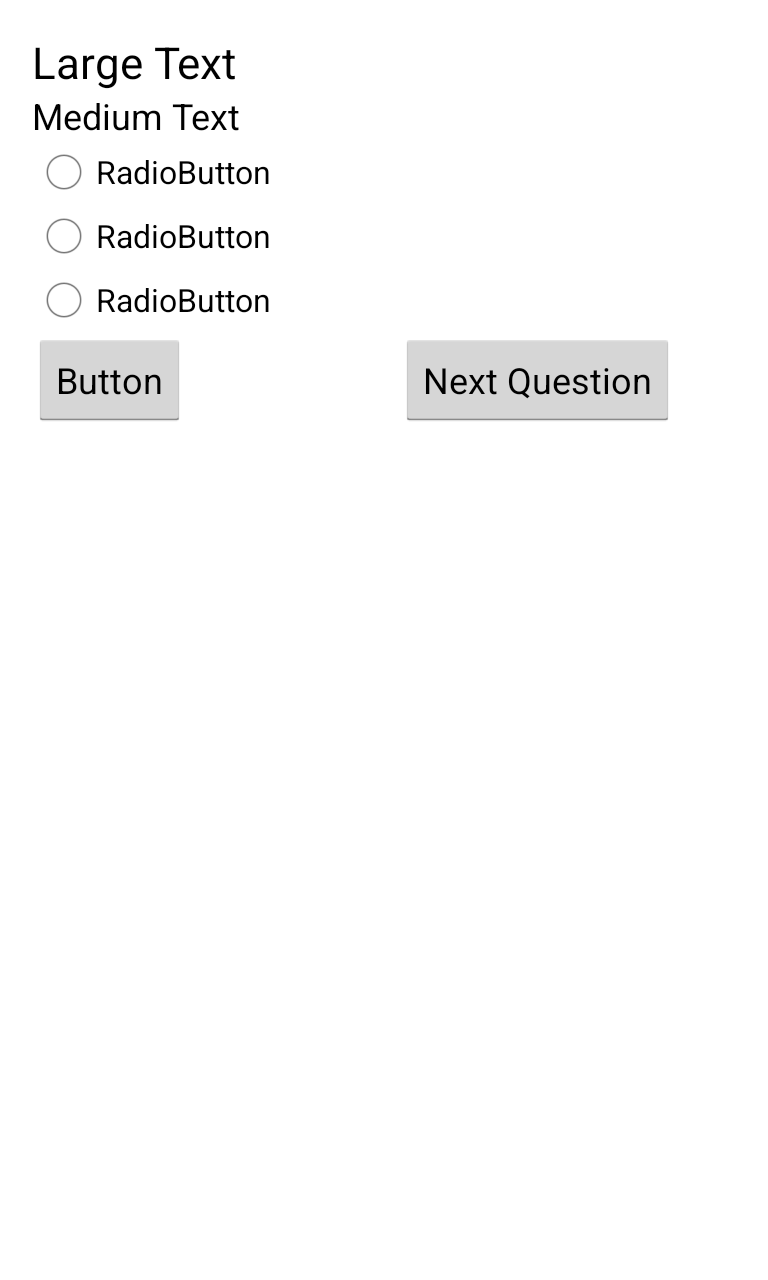
Repository: Sharkeysps/AndroidProjects
Layout: AndroidQuiz/Quiz/res/layout/activity_question_panel.xml
The author's editor kept a copy of each file at every save. The layout is drawn from the files as they stood at one save, then again after the next save.
It is drawn on a 768 x 1280 px phone screen (xhdpi) without system bars, with theme AppTheme; the app's code is not run.

Above is the layout before, as saved 2014-02-01 10:28:20.

### AndroidQuiz/Quiz/res/layout/activity_question_panel.xml
<LinearLayout xmlns:android="http://schemas.android.com/apk/res/android"
    xmlns:tools="http://schemas.android.com/tools"
    android:layout_width="match_parent"
    android:layout_height="match_parent"
    android:orientation="vertical"
    android:paddingBottom="@dimen/activity_vertical_margin"
    android:paddingLeft="@dimen/activity_horizontal_margin"
    android:paddingRight="@dimen/activity_horizontal_margin"
    android:paddingTop="@dimen/activity_vertical_margin"
    tools:context=".QuestionPanel" >

    <TextView
        android:id="@+id/textView1"
        android:layout_width="wrap_content"
        android:layout_height="wrap_content"
        android:text="Large Text"
        android:textAppearance="?android:attr/textAppearanceLarge" />

    <TextView
        android:id="@+id/textView2"
        android:layout_width="wrap_content"
        android:layout_height="wrap_content"
        android:text="Medium Text"
        android:textAppearance="?android:attr/textAppearanceMedium" />

    <RadioButton
        android:id="@+id/radioButton1"
        android:layout_width="wrap_content"
        android:layout_height="wrap_content"
        android:text="RadioButton" />

    <RadioButton
        android:id="@+id/radioButton2"
        android:layout_width="wrap_content"
        android:layout_height="wrap_content"
        android:text="RadioButton" />

    <RadioButton
        android:id="@+id/radioButton3"
        android:layout_width="wrap_content"
        android:layout_height="wrap_content"
        android:text="RadioButton" />

    <RelativeLayout
        android:layout_width="match_parent"
        android:layout_height="wrap_content"
        android:layout_weight="0.18" >

        <Button
            android:id="@+id/button1"
            android:layout_width="wrap_content"
            android:layout_height="wrap_content"
            android:layout_alignParentLeft="true"
            android:layout_alignParentTop="true"
            android:text="Button" />

        <Button
            android:id="@+id/button2"
            android:layout_width="wrap_content"
            android:layout_height="wrap_content"
            android:layout_alignParentRight="true"
            android:layout_alignParentTop="true"
            android:layout_marginRight="30dp"
            android:text="Next Question" />

    </RelativeLayout>

</LinearLayout>

Loaded but not shown: AndroidQuiz/Quiz/res/values/styles.xml (common file); AndroidQuiz/Quiz/res/values-v11/styles.xml (common file); AndroidQuiz/Quiz/res/values-v14/styles.xml (common file); AndroidQuiz/Quiz/res/values/dimens.xml (common file)

After the next save:
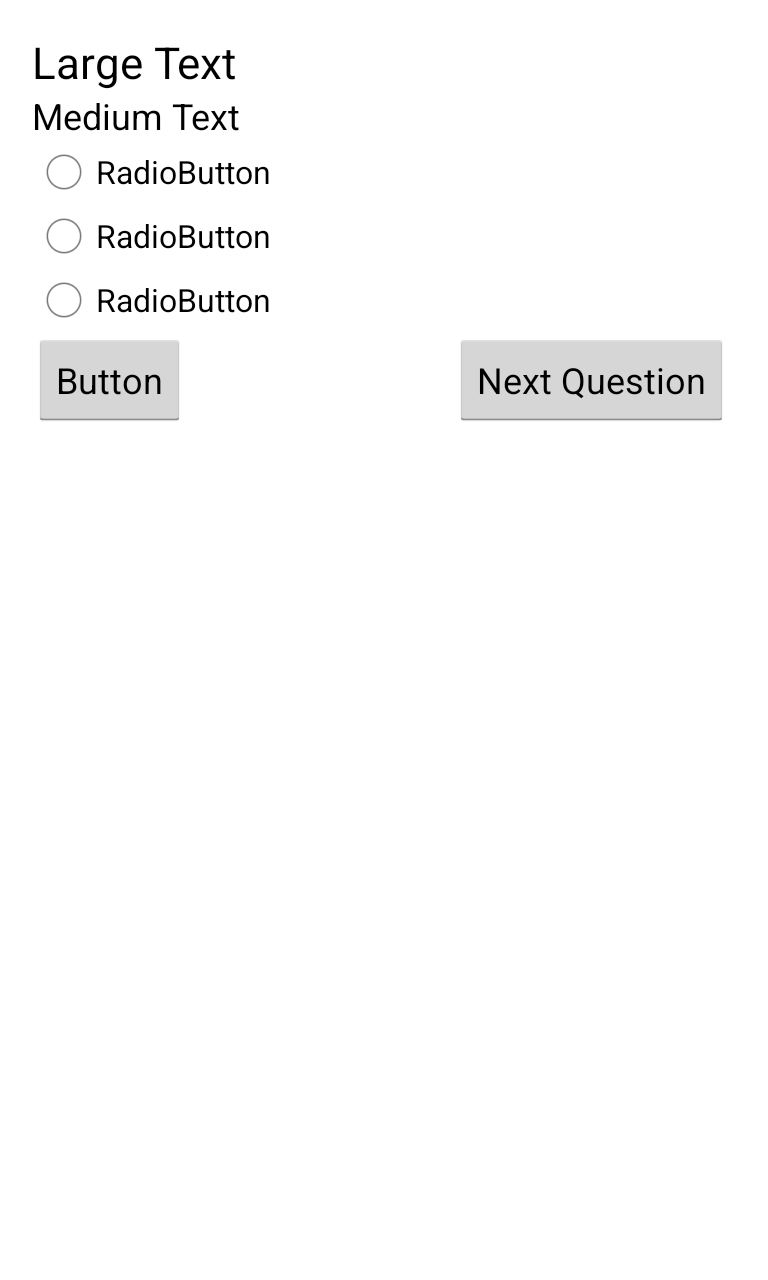
Saved 9 s later.
--- a/AndroidQuiz/Quiz/res/layout/activity_question_panel.xml
+++ b/AndroidQuiz/Quiz/res/layout/activity_question_panel.xml
@@ -60,7 +60,7 @@
             android:layout_height="wrap_content"
             android:layout_alignParentRight="true"
             android:layout_alignParentTop="true"
-            android:layout_marginRight="30dp"
+            android:layout_marginRight="3dp"
             android:text="Next Question" />
 
     </RelativeLayout>

After the save that followed:
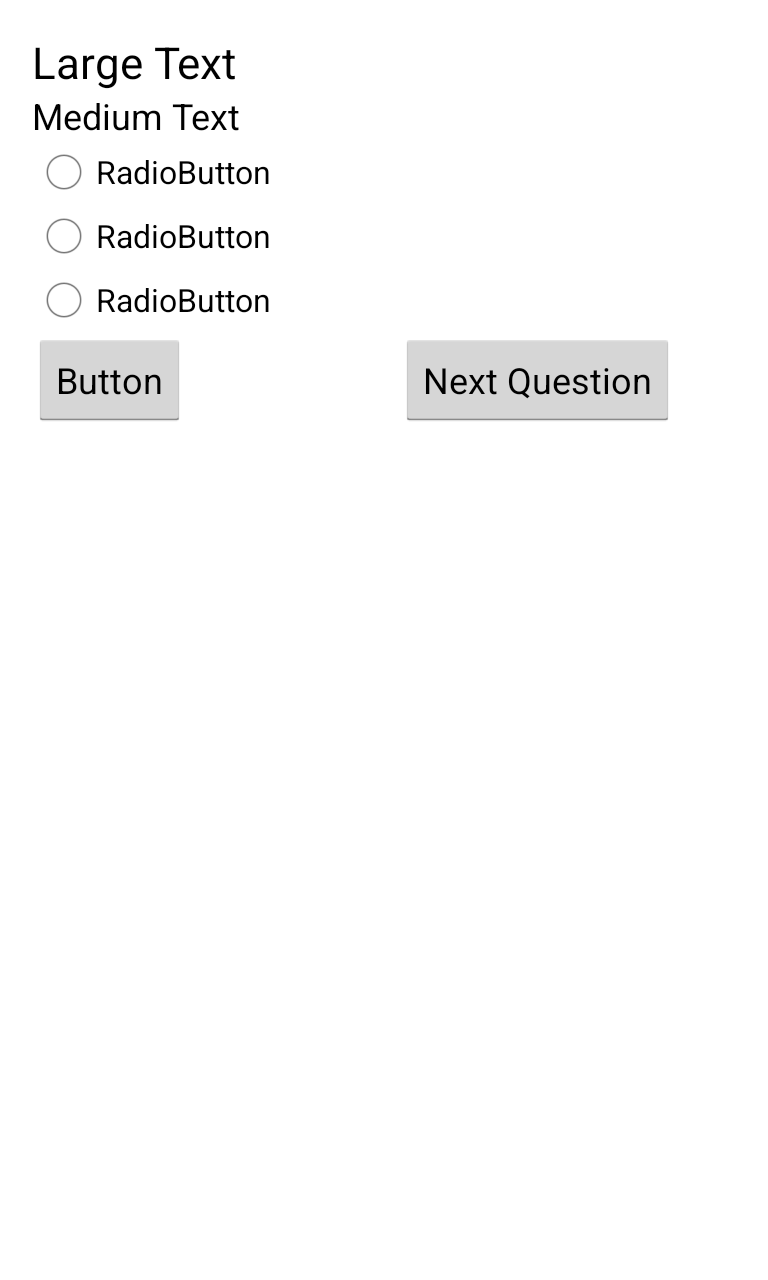
Saved 4 s later.
--- a/AndroidQuiz/Quiz/res/layout/activity_question_panel.xml
+++ b/AndroidQuiz/Quiz/res/layout/activity_question_panel.xml
@@ -60,7 +60,7 @@
             android:layout_height="wrap_content"
             android:layout_alignParentRight="true"
             android:layout_alignParentTop="true"
-            android:layout_marginRight="3dp"
+            android:layout_marginRight="30dp"
             android:text="Next Question" />
 
     </RelativeLayout>
